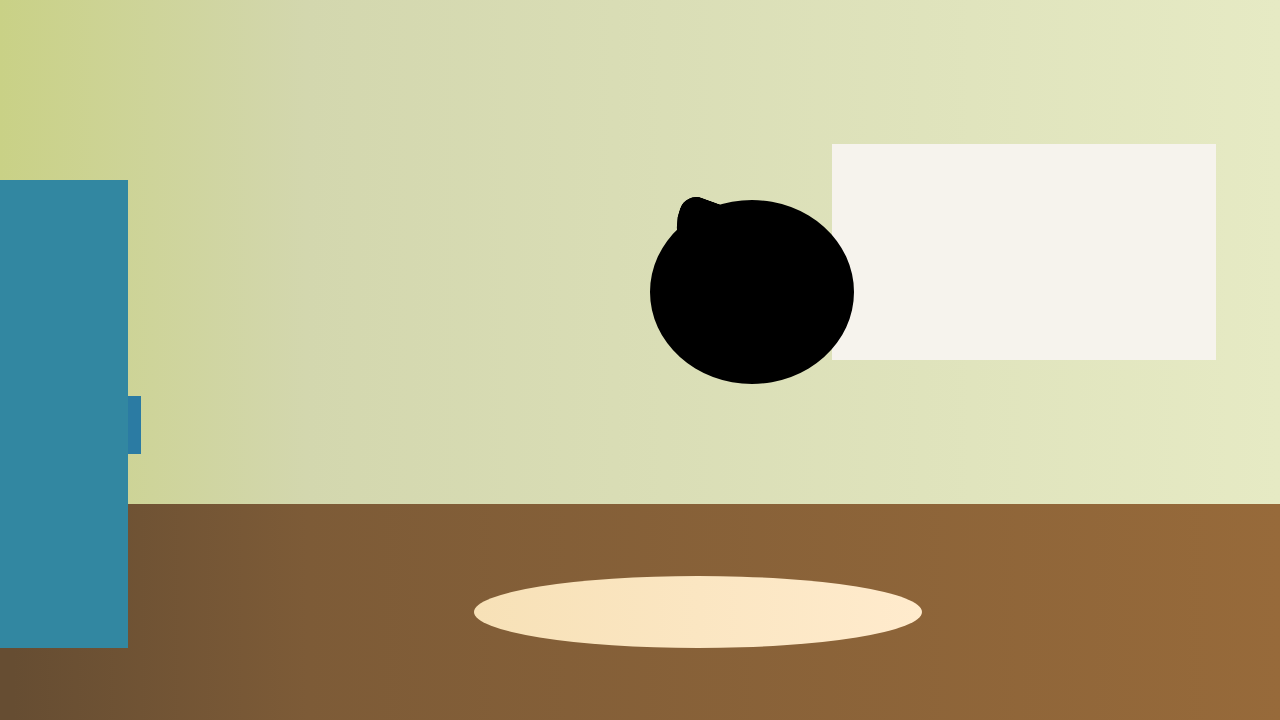
Repository: SandyLy453/COMP-2170-team-project
Page: index.html
These files come from the project's save history. The page is drawn as it stood at one moment and after the next save; the edit follows.
The browser window is 1280 px wide. The pictures show the whole page.

Above is the page before, as saved 2024-05-03 12:22:13.

### index.html
<!DOCTYPE html>
<html lang="en">
<head>
    <meta charset="UTF-8">
    <meta name="viewport" content="width=device-width, initial-scale=1.0">
    <title>Team Project: Doll Dress-Up Game</title>
    <link rel="stylesheet" href="styles.css" />
</head>
<body>
    <main class="main-area">
        <div class="background">
            <div class="floor"></div>
            <div class="closet">
                <div class="openner"></div>
            </div>
            <div class="carpet"></div>
            <div class="window">
                <div class="outside"></div>
            </div>
            <div>
                <div></div>
                <div></div>
            </div>
        </div>

        <div class="character">
            <div class="cat">
                <div class="cat-head">
                    <div class="ears">

                        <div class="left-ear">
                            <div class="left-inner-ear">
                            </div>
                        </div>

                        <div class="right-ear">
                            <div class="right-inner-ear">
                            </div>
                        </div>
                    </div>

                    <div class="cat-eyes">
                        <div class="left-eye">
                            <div class="left-inner-eye">
                            </div>
                        </div>
                        <div class="right-eye">
                            <div class="right-inner-eye">
                            </div>
                        </div>
                    </div>

                    <div class="cat-nose"></div>

                    <div class="cat-mouth">
                        <div class="left-line"></div>
                        <div class="right-line"></div>
                    </div>

                    <div class="cat-whiskers-left">
                        <div class="whisker-left-top"></div>
                        <div class="whisker-left-middle"></div>
                        <div class="whisker-left-bottom"></div>
                    </div>
                    <div class="cat-whiskers-right">
                        <div class="whisker-right-top"></div>
                        <div class="whisker-right-middle"></div>
                        <div class="whisker-right-bottom"></div>
                    </div>
                </div>

                <div class="cat-body">
                    <div class="arm left-arm"></div>
                    <div class="arm right-arm"></div>
                    <div class="foot left-foot"></div>
                    <div class="foot right-arm"></div>
                </div>
            </div>
        </div>
    </main>
    <script src="script.js"></script>
</body>
</html>

### styles.css
body {
    margin: 0;
    width: 100vw;
    min-height: 100vh;
    background: linear-gradient(90deg, rgba(201,209,134,1) 0%, rgba(211,215,174,1) 24%, rgba(230,234,196,1) 100%);
}

/* Background styling */

.background {
    z-index: -10;
}

.floor {
    position: absolute;
    bottom: 0;
    width: 100vw;
    height: 30vh;
    background: linear-gradient(90deg, rgba(102,77,50,1) 1%, rgba(125,91,55,1) 24%, rgba(151,106,58,1) 100%);
    z-index: -2;
}

.closet {
    position: absolute;
    bottom: 10vh;
    left: 0;
    width: 10vw;
    height: 65vh;
    background-color: rgb(50, 135, 161);
}

.openner {
    position: relative;
    width: 1vw;
    height: 8vh;
    left: 10vw;
    bottom: -30vh;
    background-color: rgb(43, 123, 163);
}

.carpet {
    width: 35vw;
    height: 10vh;
    border-radius: 50%;
    background: linear-gradient(90deg, rgba(247,225,183,1) 0%, rgba(255,235,205,1) 100%);
    position: absolute;
    bottom: 10vh;
    right: 28vw;
}

.window {
    width: 30vw;
    height: 30vh;
    background-color: rgb(246, 243, 237);
    position: absolute;
    right: 5vw;
    top: 20vh;
}

/* Cat styling */

.cat-head {
    position: absolute;
    right: 0;
    left: 650px;
    top: 200px;
    bottom: 0;
    background-color: black;
    width: 200px;
    height: 180px;
    border: 2px solid black;
    border-radius: 50%;
}

.left-ear {
    position: absolute;
    z-index: 1;
    left: 20px;
    border-top-left-radius: 150px;
    border-top-right-radius: 50px;
    transform: rotate(-70deg);
    border-left: 35px solid;
    border-right: 35px solid;
    border-bottom: 70px solid black;
}

### script.js


const outfit = [
    {

    }
]

After the next save:
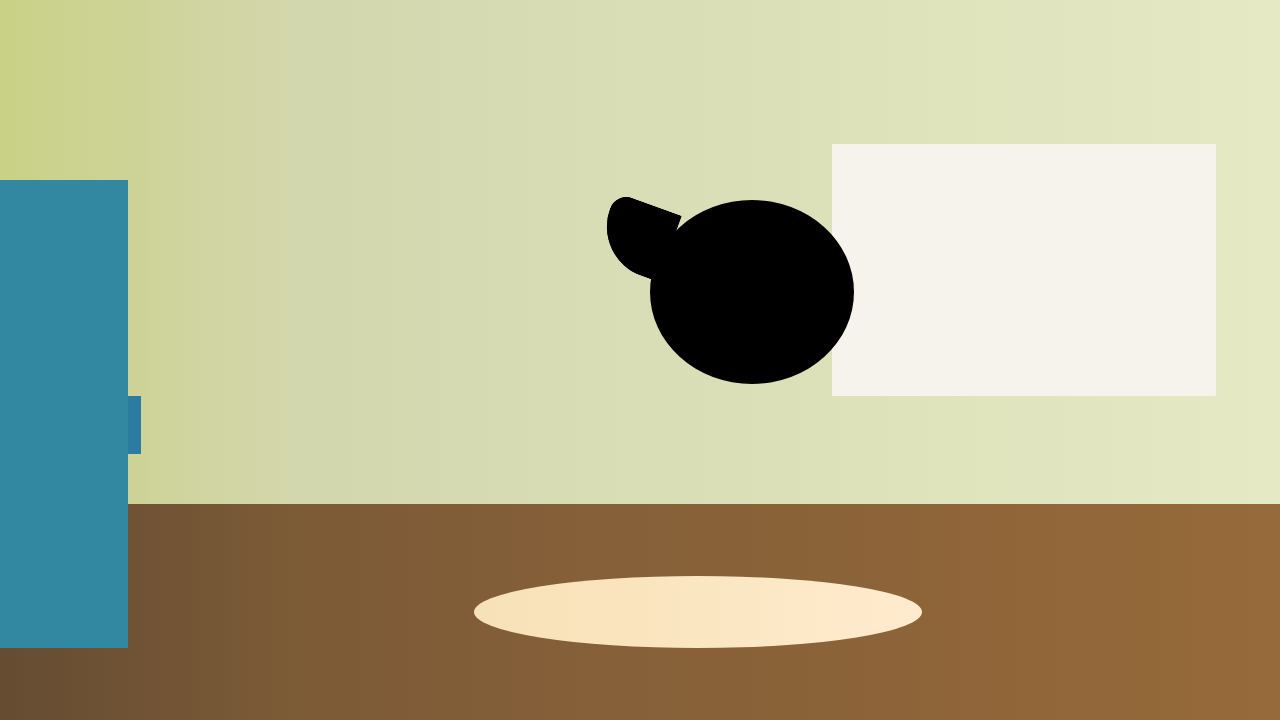
Saved 8 s later.
--- a/styles.css
+++ b/styles.css
@@ -50,7 +50,7 @@
 
 .window {
     width: 30vw;
-    height: 30vh;
+    height: 35vh;
     background-color: rgb(246, 243, 237);
     position: absolute;
     right: 5vw;
@@ -75,7 +75,7 @@
 .left-ear {
     position: absolute;
     z-index: 1;
-    left: 20px;
+    left: -50px;
     border-top-left-radius: 150px;
     border-top-right-radius: 50px;
     transform: rotate(-70deg);
